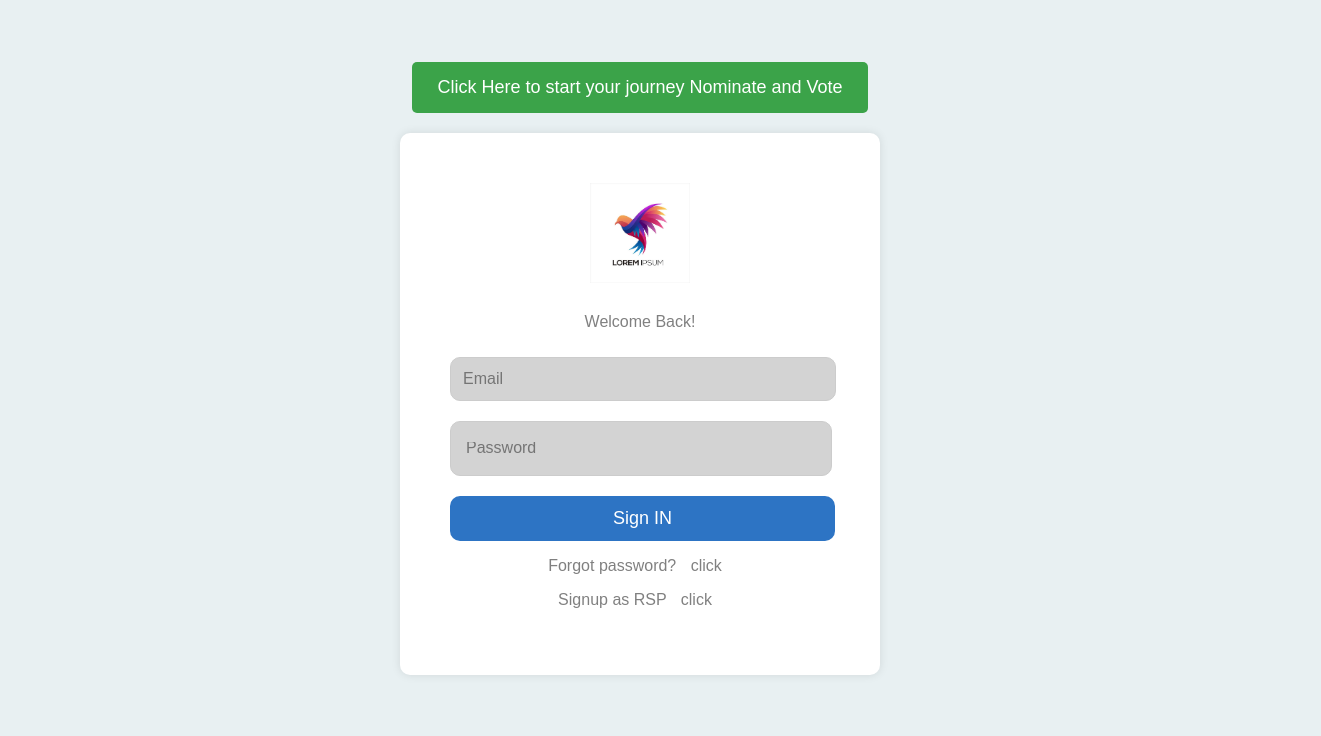
Repository: Femi007-gh/welcome
Page: index.html
The author's editor kept a copy of each file at every save. The page is drawn from the files as they stood at one save, then again after the next save.
The browser window is 1280 px wide. The page is 1280 px wide, then 1321 px, then 1280 px, so the pictures cover 1321 px, including what lies to the right of the window. The pictures show the whole page.
Some web libraries are served in a nearby version.

Above is the page before, as saved 2025-03-10 18:38:07.

After the next save:
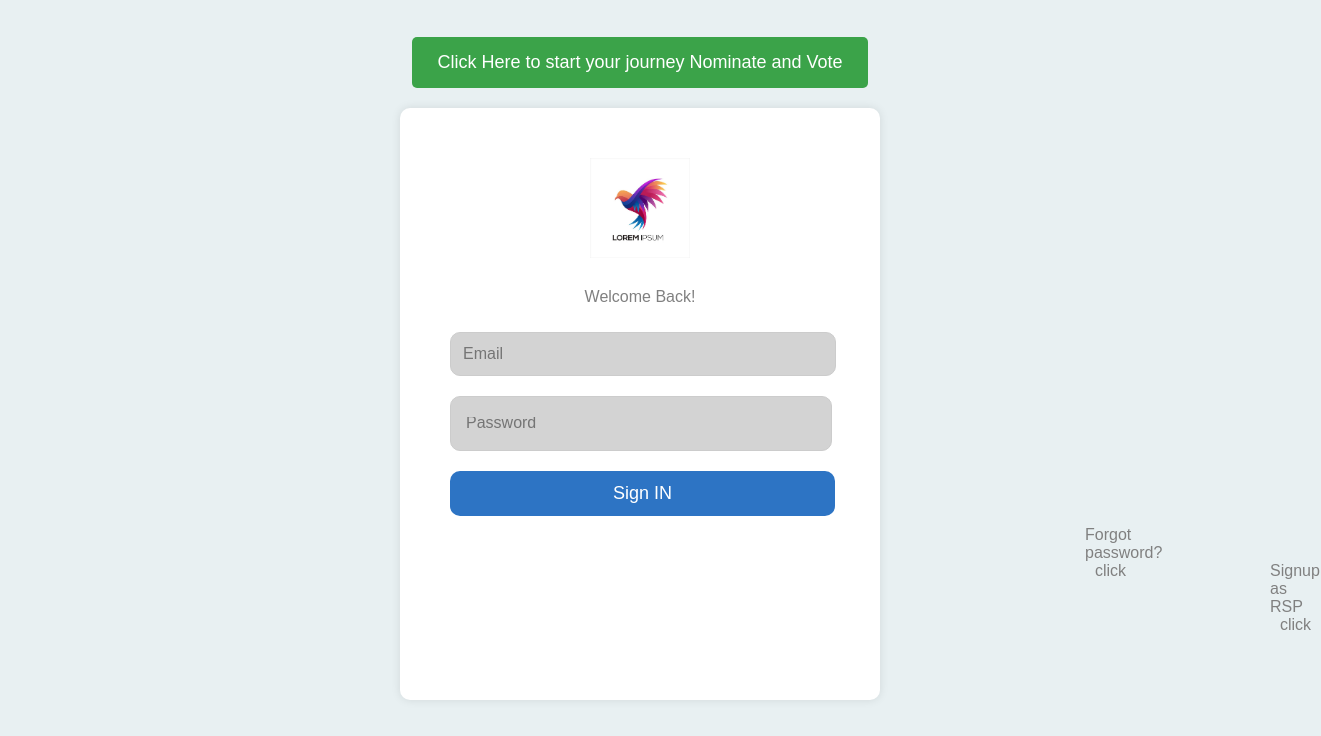
Saved 7 s later.
--- a/index.html
+++ b/index.html
@@ -99,7 +99,14 @@
         .fit {
           height: 3px;
         }
-
+        .forgot{
+            margin-left: 635px;
+            margin-top: 0px;
+          }
+          .sign-up{
+            margin-left: 820px;
+            margin-top: -34px;
+          }
     </style>
 </head>
 <body>

After the save that followed:
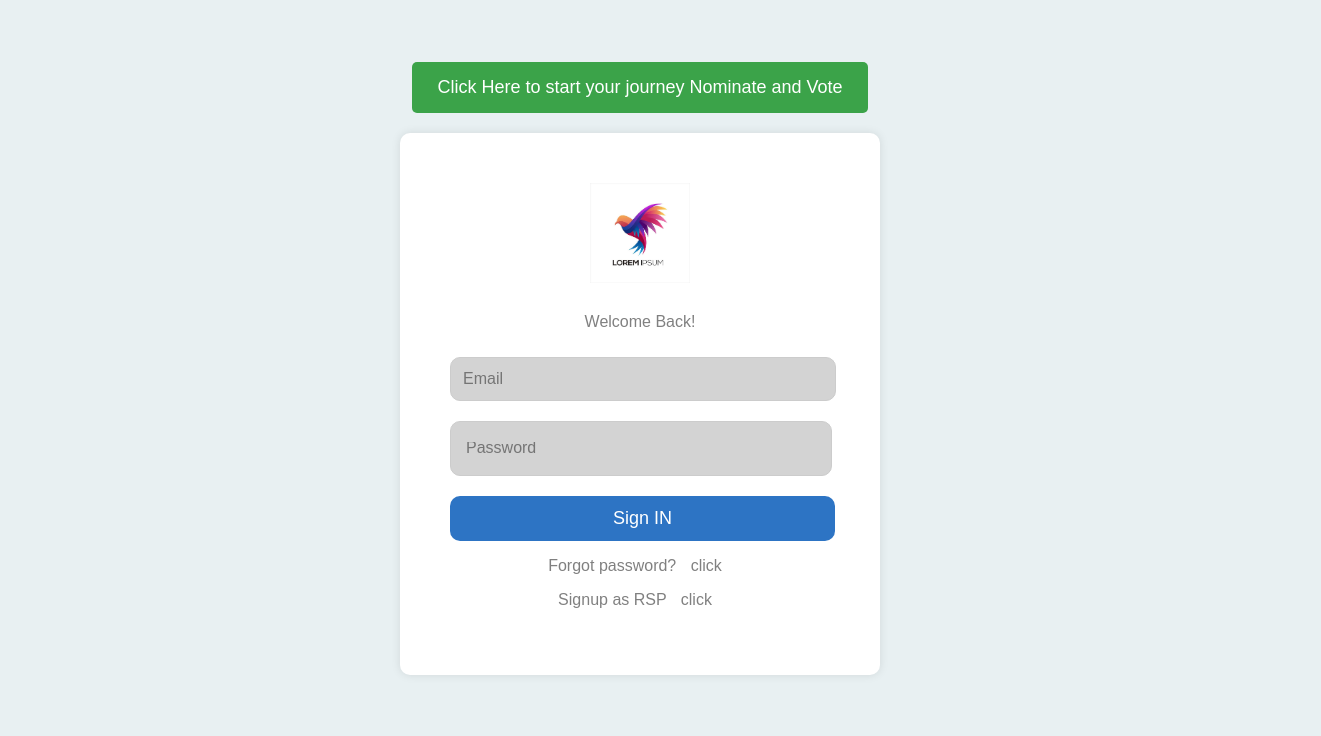
Saved 13 s later.
--- a/index.html
+++ b/index.html
@@ -99,14 +99,6 @@
         .fit {
           height: 3px;
         }
-        .forgot{
-            margin-left: 635px;
-            margin-top: 0px;
-          }
-          .sign-up{
-            margin-left: 820px;
-            margin-top: -34px;
-          }
     </style>
 </head>
 <body>
